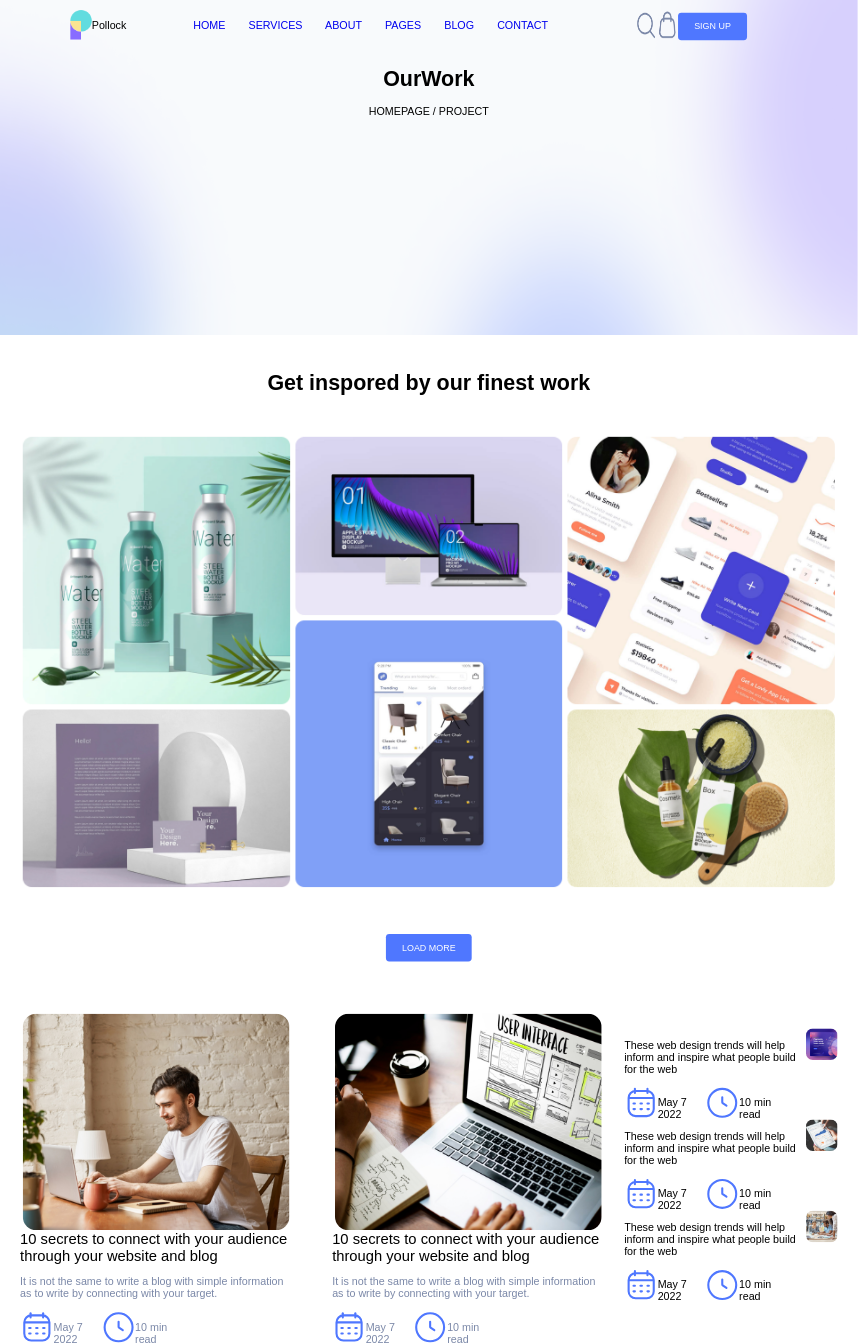
Repository: Nam936/exercises
Page: demo.html
The author's editor kept a copy of each file at every save. The page is drawn from the files as they stood at one save, then again after a run of saves.
The browser window is 1280 px wide. The pictures show the whole page, at 67% of full size.

Above is the page before, as saved 2023-01-06 16:38:58.

### demo.html
<!DOCTYPE html>
<html lang="en">

<head>
  <meta charset="UTF-8">
  <meta http-equiv="X-UA-Compatible" content="IE=edge">
  <meta name="viewport" content="width=device-width, initial-scale=1.0">
  <title>Pollock</title>
  <link rel="stylesheet" href="style2.css">
</head>

<body>
  <div id="wrap">
    <div class="bg-header">
      <div class="container">
        <div class="header">
          <div class="menu-header">
            <div class="logo-header">
              <div class="img-logo">
                <img src="/img/Frame_header.png" alt="logo">
              </div>
              <p class="txt_header">Pollock</p>
            </div>
            <div class="header-midd">
              <a href="#">HOME</a>
              <a href="#">SERVICES</a>
              <a href="#">ABOUT</a>
              <a href="#">PAGES</a>
              <a href="#">BLOG</a>
              <a href="#">CONTACT</a>
            </div>
            <div class="header-right">
              <div class="search">
                <img class="search" src="/img/Iconex/Search_header.png" alt="">
              </div>
              <div class="cart">
                <img class="cart" src="/img/Iconex/Bag_header.png" alt="">
              </div>
              <div class="btn-sig">
                <button>SIGN UP</button>
              </div>
            </div>
          </div>
        </div>
        <div class="txt-ct">
          <h1>OurWork</h1>
          <p>HOMEPAGE / PROJECT</p>
        </div>
      </div>
    </div>

    <div class="main">
      <div class="header-main">
        <h1>Get inspored by our finest work</h1>
      </div>
      <div class="row">
        <div class="column">
          <img src="/img/main_img/1.png" alt="">
          <img src="/img/main_img/2.png" alt="">
        </div>
        <div class="column">
          <img src="/img/main_img/3.png" alt="">
          <img src="/img/main_img/4.png" alt="">
        </div>
        <div class="column">
          <img src="/img/main_img/5.png" alt="">
          <img src="/img/main_img/6.png" alt="">
        </div>
      </div>
      <div class="btn-main">
        <a href="#"><button>LOAD MORE</button></a>
      </div>
    </div>

    <!-- <div class="client">
      <div class="tit-client">
        <h2>What our clients are saying about us</h2>
        <p>Customer satisfaction is a primary goal for our company</p>
      </div>
      <div class="slide-container">
        <div class="slide">
          <div class="card">
            <div class="content">
              <div class="avatar">
                <img src="/img/avatar/avatar-1.svg" alt="">
              </div>
              <div class="title-card">
                <span>Monica Smith</span>
                <p>Brand & Co</p>
              </div>
              <div class="desc-card">
                <span>Amazing!!</span>
                <p>Overall experience is awesome!! I'm a visual thinker, and I couldn't function without a tool like
                  this.</p>
              </div>
            </div>
          </div>
          <div class="card">
            <div class="content">
              <div class="avatar">
                <img src="/img/avatar/avatar-2.svg" alt="">
              </div>
              <div class="title-card">
                <span>Monica Smith</span>
                <p>Brand & Co</p>
              </div>
              <div class="desc-card">
                <span>Amazing!!</span>
                <p>Overall experience is awesome!! I'm a visual thinker, and I couldn't function without a tool like
                  this.</p>
              </div>
            </div>
          </div>
          <div class="card">
            <div class="content">
              <div class="avatar">
                <img src="/img/avatar/avatar-3.svg" alt="">
              </div>
              <div class="title-card">
                <span>Monica Smith</span>
                <p>Brand & Co</p>
              </div>
              <div class="desc-card">
                <span>Amazing!!</span>
                <p>Overall experience is awesome!! I'm a visual thinker, and I couldn't function without a tool like
                  this.</p>
              </div>
            </div>
          </div>
        </div>
      </div>
    </div>

    <div class="recent-project-wrap">
      <div class="recent-container">
        <div class="recent-project">
          <div class="recent-title">
            <p>Recent projects</p>
          </div>
          <div class="btn-slide">
            <img src="/img/Iconex/Left.svg" alt="">
            <img src="/img/Iconex/Right.svg" alt="">
          </div>
        </div>
        <div class="card-row">
          <div class="card-column"><img src="/img/Img1.png" alt=""></div>
          <div class="card-column"><img src="/img/Img2.png" alt=""></div>
          <div class="card-column"><img src="/img/Img3.png" alt=""></div>
        </div>
      </div>
    </div> -->

    <div class="blog">
      <!-- <div class="blog-content">
        <div class="tit">
          <p>We will keep you up to date and give you tips to help you optimise your company</p>
        </div>
      </div> -->
      <div class="big-new">
        <div class="big-new-cont">
          <div class="big-content-1">
            <div class="big-img">
              <img src="/img/Rectangle 66.png" alt="">
            </div>
            <div class="blog-desc">
              <div class="blog-tit">
                <span class="tit-blog-tit">10 secrets to connect with your audience through your website and blog</span>
                <p>It is not the same to write a blog with simple information as to write by connecting with your
                  target.
                </p>
              </div>
              <div class="blog-date">
                <img src="/img/Iconex/Calendar.svg" alt="">
                <p>May 7 2022</p>
              </div>
              <div class="time">
                <img src="/img/Iconex/Time Circle.svg" alt="">
                <p>10 min read</p>
              </div>
            </div>
          </div>
          <div class="big-content-2">
            <div class="big-img">
              <img src="/img/Rectangle 66_2.png" alt="">
            </div>
            <div class="blog-desc">
              <div class="blog-tit">
                <span class="tit-blog-tit">10 secrets to connect with your audience through your website and blog</span>
                <p>It is not the same to write a blog with simple information as to write by connecting with your
                  target.
                </p>
              </div>
              <div class="blog-date">
                <img src="/img/Iconex/Calendar.svg" alt="">
                <p>May 7 2022</p>
              </div>
              <div class="time">
                <img src="/img/Iconex/Time Circle.svg" alt="">
                <p>10 min read</p>
              </div>
            </div>
          </div>
        </div>
      </div>


      <div class="blog-thumbnail">
        <div class="thumbnail">
          <div class="thumb">
            <p>These web design trends will help inform and inspire what people build for the web</p>
            <div class="day">
              <div class="blog-date">
                <img src="/img/Iconex/Calendar.svg" alt="">
                <p>May 7 2022</p>
              </div>
              <div class="time">
                <img src="/img/Iconex/Time Circle.svg" alt="">
                <p>10 min read</p>
              </div>
            </div>
          </div>
          <div class="thumb-img">
            <img src="/img/thumb1.png" alt="">
          </div>
        </div>
        <div class="thumbnail">
          <div class="thumb">
            <p>These web design trends will help inform and inspire what people build for the web</p>
            <div class="day">
              <div class="blog-date">
                <img src="/img/Iconex/Calendar.svg" alt="">
                <p>May 7 2022</p>
              </div>
              <div class="time">
                <img src="/img/Iconex/Time Circle.svg" alt="">
                <p>10 min read</p>
              </div>
            </div>
          </div>
          <div class="thumb-img">
            <img src="/img/thumb2.png" alt="">
          </div>
        </div>
        <div class="thumbnail">
          <div class="thumb">
            <p>These web design trends will help inform and inspire what people build for the web</p>
            <div class="day">
              <div class="blog-date">
                <img src="/img/Iconex/Calendar.svg" alt="">
                <p>May 7 2022</p>
              </div>
              <div class="time">
                <img src="/img/Iconex/Time Circle.svg" alt="">
                <p>10 min read</p>
              </div>
            </div>
          </div>
          <div class="thumb-img">
            <img src="/img/thumb3.png" alt="">
          </div>
        </div>
      </div>
    </div>
  </div>
</body>

</html>

### style2.css
* {
  box-sizing: border-box;
}

body {
  margin: 0;
  font-family: 'Outfit', sans-serif;
}

.bg-header {
  width: 100%;
  height: 500px;
  background-image: url(/img/Hero_background.png);
  background-size: 100% 100%;
}

.container {
  max-width: 1170px;
  margin: 0px auto;
  padding: 0px 15px;
  width: 100%;
}

/* .menu-header{
  overflow: hidden;
  padding: 20px 10px; */
/* }
.logo-header{
  float: left;
}
.logo-header{
  display: flex;
}
.logo-header img{
  max-width: 100%;
  float: left;
}
.img-logo{
  width: 32px;
  height: 44px;
  max-width: 100%;
}
.header-right{
  padding: 20px 10px;
}
.header-right a{
  float: left;
  display: block;
  text-align: center;
  padding: 14px 16px;
  text-decoration: none;
  font-size: 17px;
  /* padding: 12px;
  text-decoration: none;
  line-height: 20px;
  color: #7B88A8; */
}


/* .icon-header img {
  width: 24px;
  height: 24px;
}

.cart,.search{
  margin: 22px 20px;
}

button {
  display: inline;
  background-color: #4F77FF;
  border: 0px;
  border-radius: 5px;
  padding: 13px 24px;
  color: #fff;
}  */

/* @media screen and (max-width: 600px) {
  .menu-header a:not(:first-child) {display: none;}
  /* .menu-header a{
    float: right;
    display: block;
  }
}
*/
/* @media screen and (max-width: 500px) {
  .header a {
    float: none;
    display: block;
    text-align: left;
} */

/* .header-right {
    float: none;
} */

.header {
  display: flex;
}

.menu-header {
  display: flex;
  justify-content: space-around;
  align-items: center;
}

.menu-header img {
  width: 32px;
  height: 44px;
}

.logo-header{
  display: flex;
  align-items: center;
}



.txt-header {
  padding-left: 10px;
}

/* .lst-header ul {
  display: flex;
  list-style-type: none;
}

.lst-header ul li {
  margin: 22px 20px;
}

.lst-header a {
  text-decoration: none;
  color: #7B88A8;
}  */

.header-midd{
  padding: 30px 30px;
}
.header-midd a{
  text-decoration: none;
  margin-right: 30px;
}

.header-right{
  display: flex;
  align-items: center;
  width: 227px;
  height: 48px;
}

.icon-header img {
  width: 50%;
  width: 24px;
  height: 24px;
}
.cart{

}

button {
  background-color: #4F77FF;
  border: 0px;
  border-radius: 5px;
  padding: 13px 24px;
  color: #fff;
}

.txt-ct {
  text-align: center;
}
@media screen and (max-width: 600px) {
  .header-right img{
    display: none;
  }
}
@media screen and (max-width: 600px) {
  .menu-header a:not(:first-child) {display: none;}
  .menu-header a{
    float: right;
    display: block;
  }
}







/* main */
.header-main{
  text-align: center;
  padding: 32px;
}

.row{
/* display: -ms-flexbox; IE10 */
/* -ms-flex-wrap: wrap; IE10 */
  display: flex;
  flex-wrap: wrap;
  padding: 0 30px;
  justify-content: center;
}

/* Create four equal columns that sits next to each other */
.column {
  /* -ms-flex: 25%; IE10 */
  flex: 25%;
  max-width: 50%;
  padding: 0 4px;
}

.column img {
  margin-top: 8px;
  vertical-align: middle;
  width: 100%;
}



.btn-main{
  text-align: center;
  padding: 70px;
}
.btn-main a{
  text-decoration: none;
}


@media screen and (max-width: 800px) {
  .column {
    /* -ms-flex: 50%; */
    flex: 50%;
    max-width: 50%;
  }
}

/* Responsive layout - makes the two columns stack on top of each other instead of next to each other */
@media screen and (max-width: 600px) {
  .column {
    /* -ms-flex: 100%; */
    flex: 100%;
    max-width: 100%;
  }
}

/* slide-card */
.client{
  background-color: #F8FAFC;
}
.tit-client{
  text-align: center;
  padding: 120px 0px 95px;
}
.tit-client p{
  color: #7B88A8;
}
.slide-container{

}
.slide{
  display: flex;
  justify-content: center;
  gap: 30px;
}
.card{
  width: 350px;
  height: 350px;
  border: 1px solid rgba(79, 119, 255, 0.2) ;
  border-radius: 20px;
  margin-bottom: 105px;
}
.content{
  text-align: center;
  padding: 35px 35.09px 45px 35px;
}
.avatar{

}
.title-card span{
  font-size:22px;
}
.title-card p{
  color: #7B88A8;
  font-size: 16px;
}
.desc-card span{
  font-size: 18px;
}
.desc-card p{
  display: -webkit-box;
  -webkit-box-orient: vertical;
  -webkit-line-clamp: 3;
  overflow: hidden;
  color: #7B88A8;
  font-size: 16px;
  line-height: 1.5;
}

/* recent */

.recent-project-wrap{

}
.recent-container{
  max-width: 1170px;
  margin: 0px auto;
  padding: 0px 15px;
  width: 100%;
}
.recent-project{
  display: flex;
  align-items: center;
}
.recent-title{

}
.btn-slide{

}
.card-row{
  display: flex;
  flex-wrap: wrap;
  padding: 0 30px;
  justify-content: center;
}
.card-column{
  flex: 25%;
  max-width: 50%;
  padding: 0 4px;
}
.card-column img{
  margin-top: 8px;
  /* vertical-align: middle; */
  width: 100%;
}


/* blog */

.blog{

  display: flex;
}
/* .blog-content{

}
.tit{

} */
.big-new{

}
.big-new-cont{
  display: flex;
  gap: 30px;
}
.big-content-1{
  padding: 0 30px;

}
.big-img{
  max-width: 100%;
  padding: 0 4px;
}
.big-img img{
  margin-top: 8px;
  vertical-align: middle;
  width: 100%;
  border-radius: 20px;
}
.blog-desc{
  display: flex;
  flex-wrap: wrap;
}
.blog-desc p{
  color: #7B88A8;
}
.blog-titp{

}
.tit-blog-tit{
  font-size: 22px;
}
.blog-date{
  display: flex;
  margin-right: 20px;
}
.time{
  display: flex;
}
.big-content-2{

}

.blog-thumbnail{
  display: flex;
  flex-direction: column;
  padding: 30px 30px;
}
.thumbnail{
  display: flex;
}
.thumb{
  display: -webkit-box;
    -webkit-box-orient: vertical;
    -webkit-line-clamp: 3;
    overflow: hidden;
}

.day{
  display: flex;
}
.thumb-img{
  width: 100px;
  height: 100px;
}
.thumb-img img{
  max-width: 100%;
  border-radius: 10px;
}
























/* html,
body {
  font-size: 16px;
  color: hsl(60, 58%, 0%);
}
body {
  padding: 20px;
  background-color: rgb(99, 232, 203);
}
h1 {
  font-size: 2rem;
  text-align: center;
}
.buttons {
  display: flex;
  flex-wrap: wrap;
  gap: 10px;
  margin: 40px 0;
}
button {
  padding: 10px;
  border-radius: 5px;
  border: 2px solid hsl(60, 58%, 17%);
  background-color: navajowhite;
}
.grid {
  display: grid;
  grid-template-columns: repeat(auto-fit, minmax(10rem, 1fr));
  grid-auto-rows: 10rem;
  grid-gap: 20px;
  margin: 40px 0;
}
.grid__item {
  background-color: hsl(40, 58%, 17%);
  border-radius: 5px;
}
.grid__item:nth-child(1),
.grid__item:nth-child(4) {
  background-color: hsl(10, 58%, 17%);
}
.grid__item:nth-child(2),
.grid__item:nth-child(6) {
  background-color: hsl(150, 58%, 17%);
}
.grid__item:nth-child(3),
.grid__item:nth-child(7) {
  background-color: hsl(200, 58%, 17%);
}
.grid__item:nth-child(4),
.grid__item:nth-child(8) {
  background-color: hsl(305, 58%, 17%);
} */
/* transition styles that would be animated */
/* .toggle-column {
  grid-template-columns: repeat(auto-fit, minmax(16rem, 1fr));
}
.toggle-row {
  grid-auto-rows: 16rem;
}
.toggle-gap {
  grid-gap: 40px;
} */

After the next 3 saves:
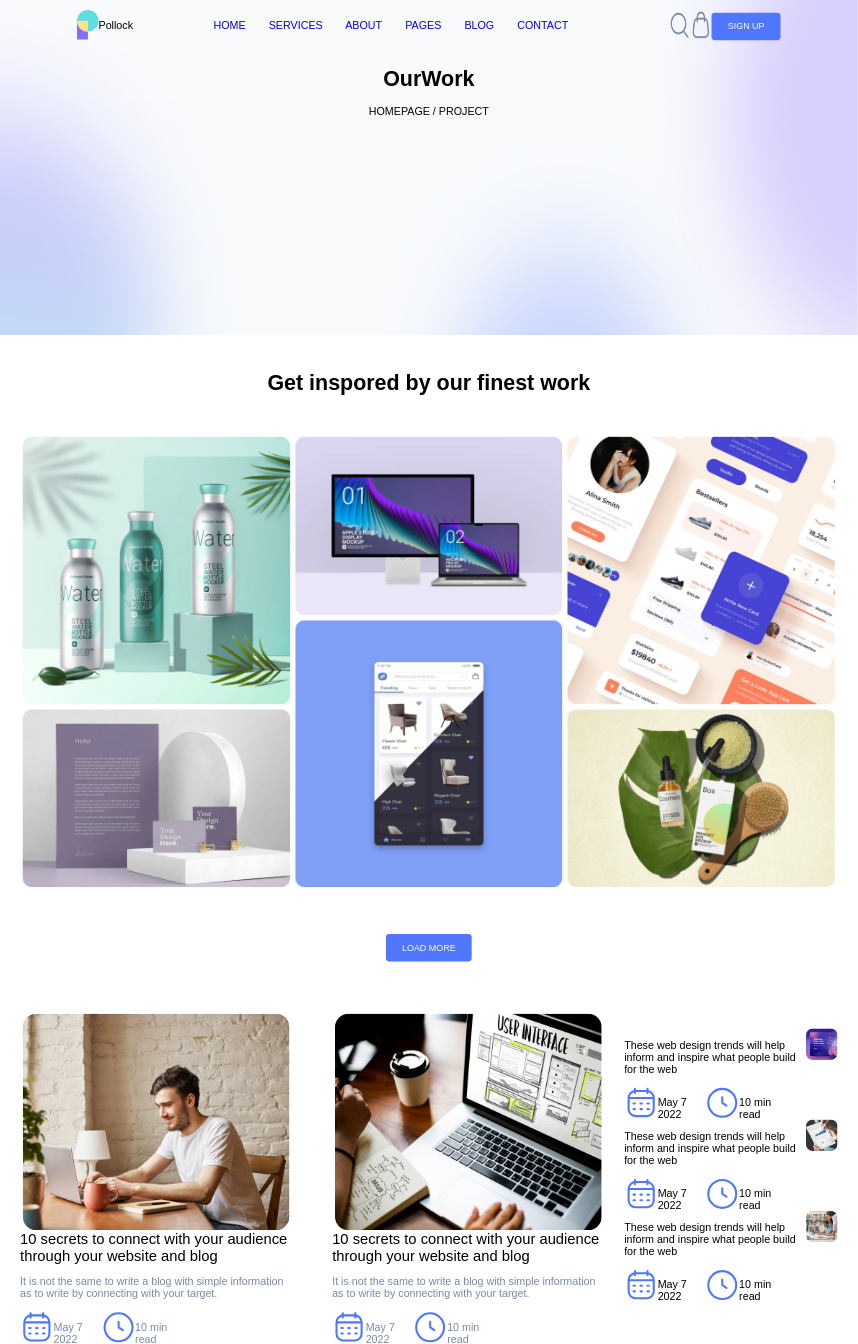
The 3 saves are shown as one change because they came seconds apart.
The last was saved 73 s later.
--- a/style2.css
+++ b/style2.css
@@ -145,8 +145,7 @@
 .header-right{
   display: flex;
   align-items: center;
-  width: 227px;
-  height: 48px;
+  height: 21px;
 }
 
 .icon-header img {

After the save that followed:
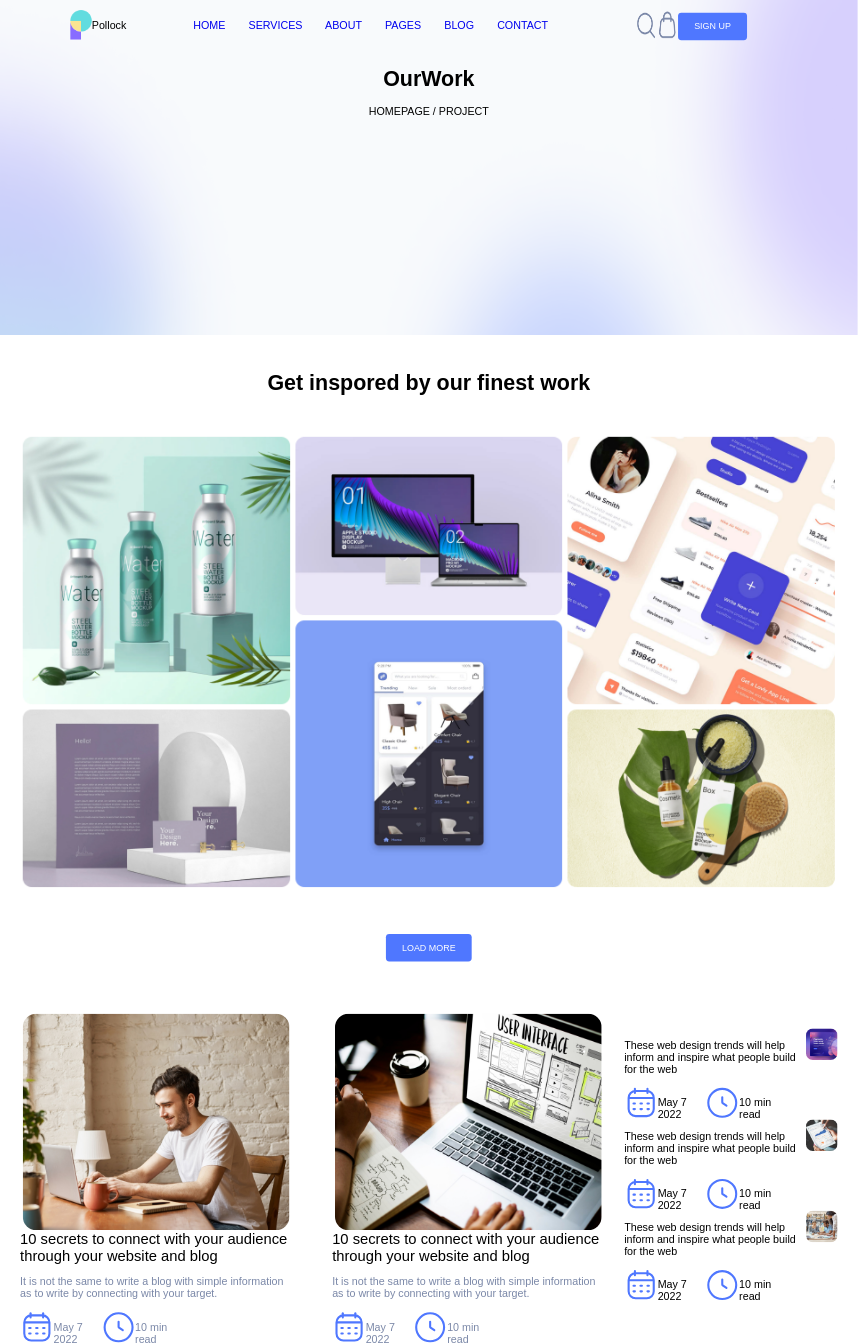
Saved 11 s later.
--- a/style2.css
+++ b/style2.css
@@ -145,7 +145,8 @@
 .header-right{
   display: flex;
   align-items: center;
-  height: 21px;
+  width: 227px;
+  height: 48px;
 }
 
 .icon-header img {
